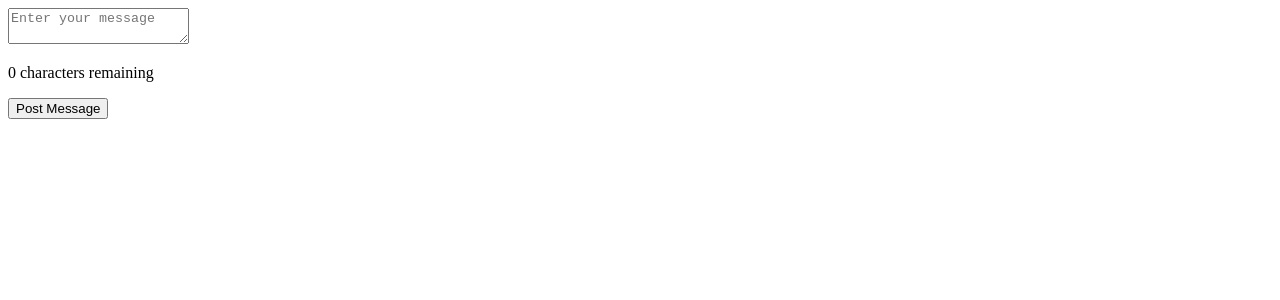
Repository: apopheny/JS230
Page: scratchpad.html
The author's editor kept a copy of each file at every save. The page is drawn from the files as they stood at one save, then again after the next save.
The browser window is 1280 px wide. The pictures show the whole page.

Above is the page before, as saved 2024-01-26 14:10:45.

After the next save:
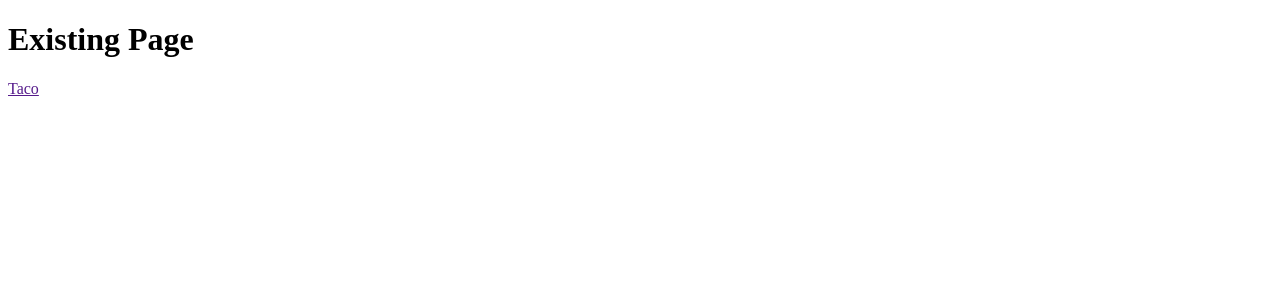
Saved 2 days later.
--- a/scratchpad.html
+++ b/scratchpad.html
@@ -8,11 +8,8 @@
   </title>
 </head>
 <body>
-  <div class="composer">
-    <textarea placeholder="Enter your message"></textarea>
-    <p class="counter">
-      <span id="charcount">0<span> characters remaining</p>
-    <button type="submit">Post Message</button>
-  </div>
+  <h1>Existing Page</h1>
+  <a href="">Taco</a>
+  <div id="store"></div>
 </body>
 </html>
